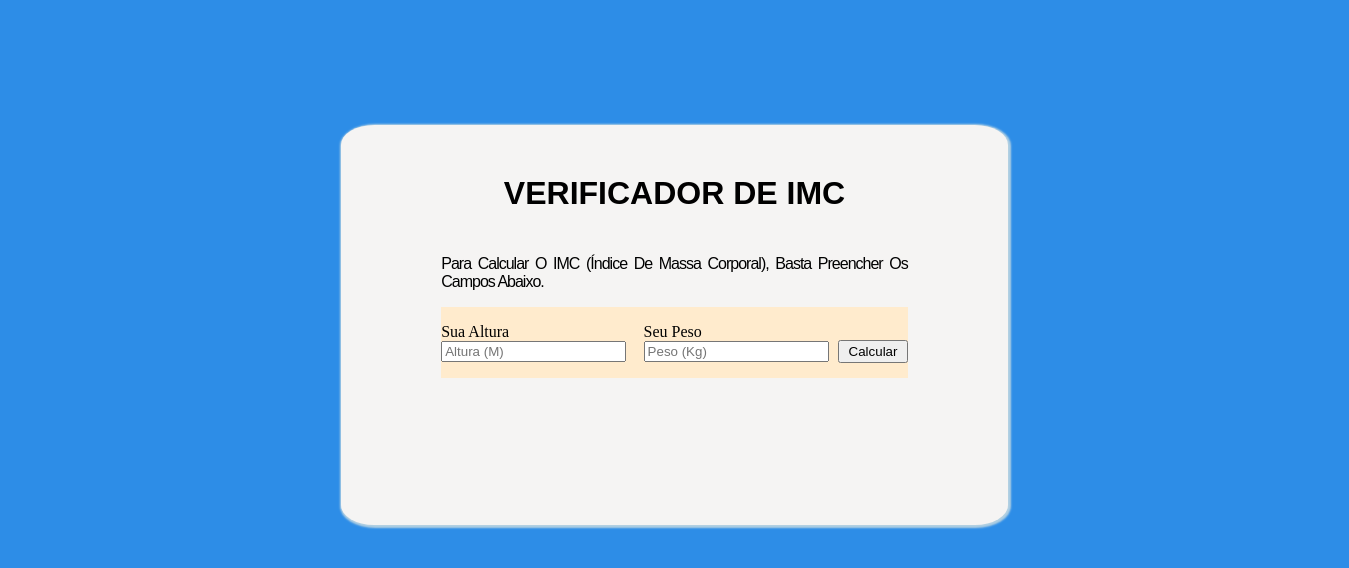
Repository: Ramonuriel/JS-Projetos
Page: Verificador de IMC/index.html
The author's editor kept a copy of each file at every save. The page is drawn from the files as they stood at one save, then again after the next save.
The browser window is 1280 px wide. The page is 1349 px wide, so the pictures cover 1349 px, including what lies to the right of the window. The pictures show the whole page.

Above is the page before, as saved 2022-11-15 19:53:55.

After the next save:
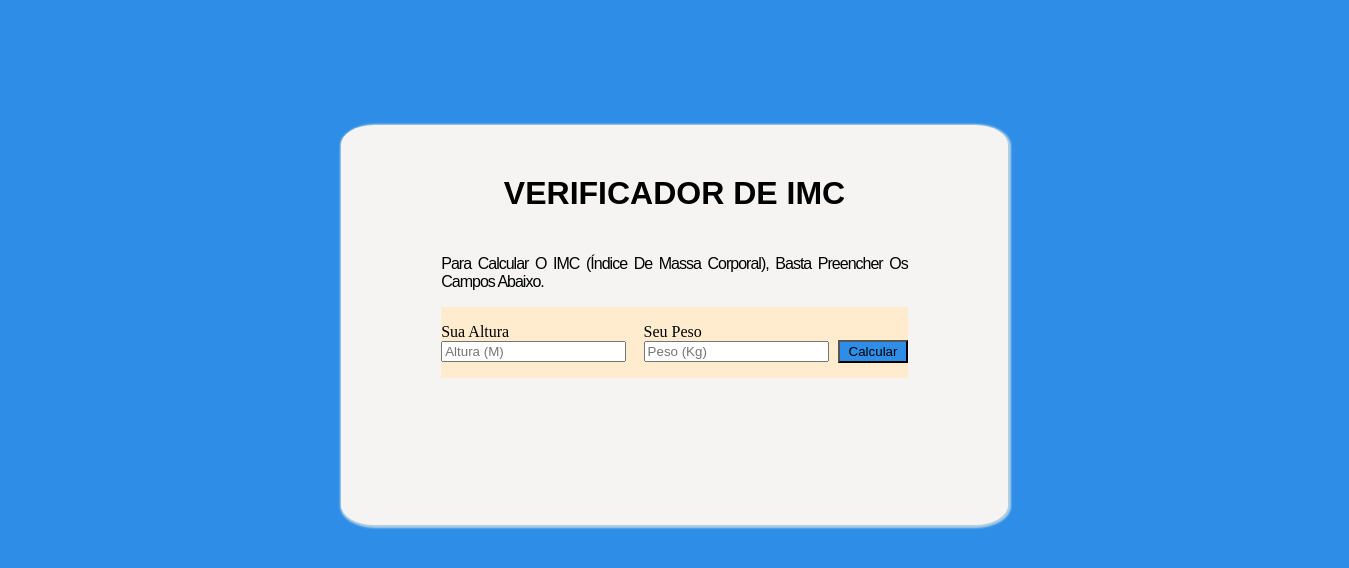
Saved 10 min 4 s later.
--- a/Verificador de IMC/CSS/style.css
+++ b/Verificador de IMC/CSS/style.css
@@ -58,4 +58,5 @@ body {
   width: 18%;
   height: 23px;
   margin-top: 33px;
+  background: rgb(45, 141, 231);
 }
